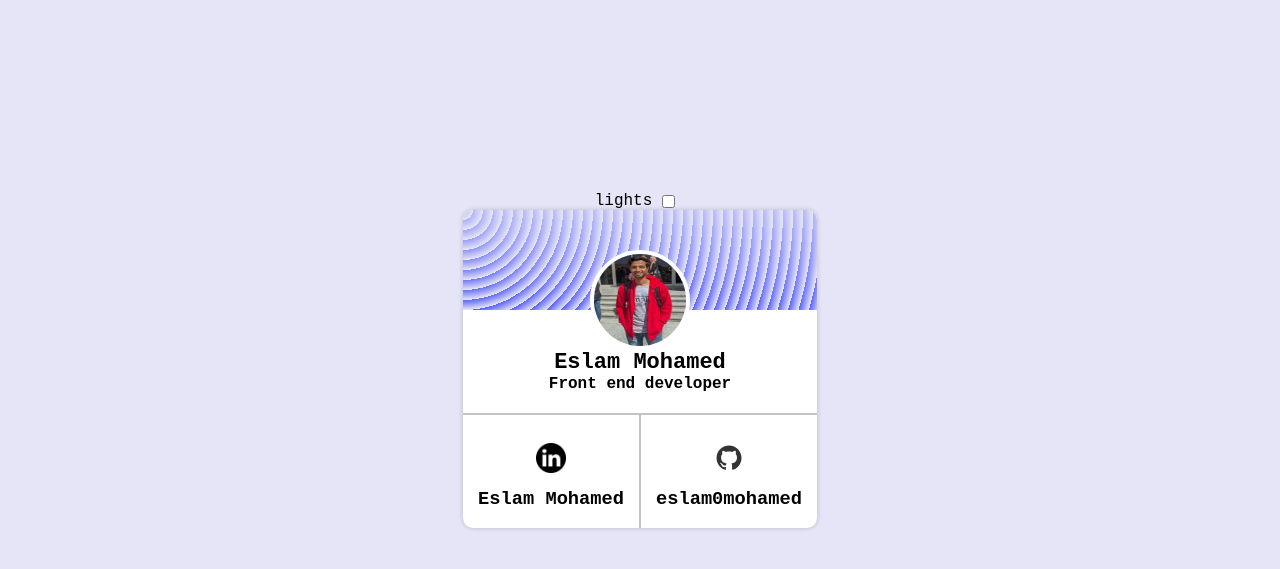
Repository: Eslam0Mohamed/profile-card-component
Page: index.html
An editor plug-in stored every save of this project. The page is shown before and after the next save, followed by the edit.
The browser window is 1280 px wide. The pictures show the whole page.

Above is the page before, as saved 2024-07-25 19:12:35.

### index.html
<!DOCTYPE html>
<html lang="en">
  <head>
    <meta charset="UTF-8" />
    <meta name="viewport" content="width=device-width, initial-scale=1.0" />
    <title>Profile Card</title>
    <link rel="stylesheet" href="style.css" />
  </head>
  <body>
    <div class="container">
      <div class="lights-control">
        lights
        <input type="checkbox" name="lights-input" id="lights-input" class="lights-input">
        <label for="light-input" class="lights-label"></label>
      </div>
      <article class="card">
        <div class="top"></div>
        <div class="middle">
          <img src="assets/my-pic.jpg" alt="Eslam's photo" class="pic" />
          <h1 class="title">Eslam Mohamed</h1>
          <h2 class="job">Front end developer</h2>
        </div>
        <div class="bottom">
          <div class="column">
            <a href="https://www.linkedin.com/in/eslam-mohamed2002/">
              <img class="icon" src="assets/linkedin.png" alt="Linkedin icon" />
            </a>
            <h3>Eslam Mohamed</h3>
          </div>
          <div class="column">
            <a href="https://github.com/Eslam0Mohamed">
              <img class="icon" src="assets/github.svg" alt="github icon" />
            </a>
            <h3>eslam0mohamed</h3>
          </div>
        </div>
      </article>
    </div>
  </body>
</html>

### style.css
:root {
    --color-white: #fff;
    --color-grey: #c4c4c4;
}

/* CSS Reset */

* {
    margin: 0;
    padding: 0;
    box-sizing: border-box;
}

*,
*::before,
*::after {
    box-sizing: border-box;
}

a {
    color: inherit;
    display: inline-block;
}

button {
    background-color: transparent;
    border: none;
    cursor: pointer;
    border: 0;
}

ul,
ol {
    list-style: none;
}

html {
    font-size: 62.5%;
}

body {
    font-size: 1.6rem;
    font-family: "Courier New", Courier, monospace;
}

.container {
    flex-direction: column;
    min-height: 100vh;
    display: flex;
    justify-content: center;
    align-items: center;
    background-color: #e5e5f7;
    background-image: radial-gradient(#444cf7 0.5px, #e5e5f7 0.5px);
    background-size: 10px 10px;
}
.lights-control{
    display: flex;
    align-items: center;
    gap: 1rem;
    position: ;
}
.lights-input{

}
.card {
    display: flex;
    flex-direction: column;
    border-radius: 1rem;
    min-width: 35rem;
    overflow: hidden;
    background-color: var(--color-white);
    box-shadow:  0 0 0.5rem rgba(0, 0, 0, 0.2);
}

.top {
    height: 10rem;
    background-color: #e5e5f7;
    opacity: 0.9;
    background-image: repeating-radial-gradient(circle at 0 0, transparent 0, #e5e5f7 10px),
        repeating-linear-gradient(#444cf755, #444cf7);

}

.middle{
    z-index: 5;
    display: flex;
    flex-direction: column;
    justify-content: center;
    align-items: center;
    margin-top: -6rem;
}
.pic {
    height: 100px;
    width: 100px;
    border-radius: 50%;
    /* object-fit: contain; */
    background-color: var(--color-white);
    border: 0.4rem solid var(--color-white);
}
.title{
    font-size:  2.2rem;

 }
 .job{
    font-size:  1.6rem;

 }
 .bottom{
    margin: 20px 0 0 0;
    display: flex;
    justify-content: space-evenly;
    border-top: 2px solid var(--color-grey);
 }
 .column:last-child{
    border-left: 2px solid var(--color-grey);

 }
 .column{
  /* display: flex;
  flex-direction: column;
  align-items: center; */
  flex: 1;
padding: 18px 15px;
text-align: center;

 }
 .icon{
    width: 30px;
    margin: 10px 0;
 }

After the next save:
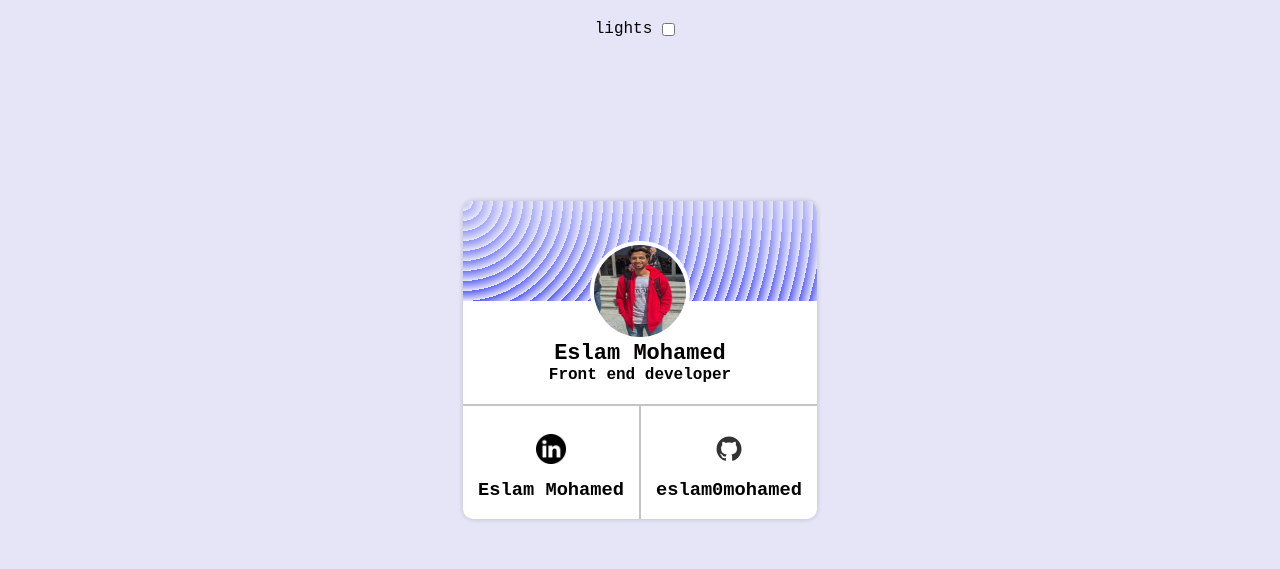
Saved 7 s later.
--- a/style.css
+++ b/style.css
@@ -57,7 +57,8 @@ body {
     display: flex;
     align-items: center;
     gap: 1rem;
-    position: ;
+    position: absolute;
+    top: 2rem;
 }
 .lights-input{
 
